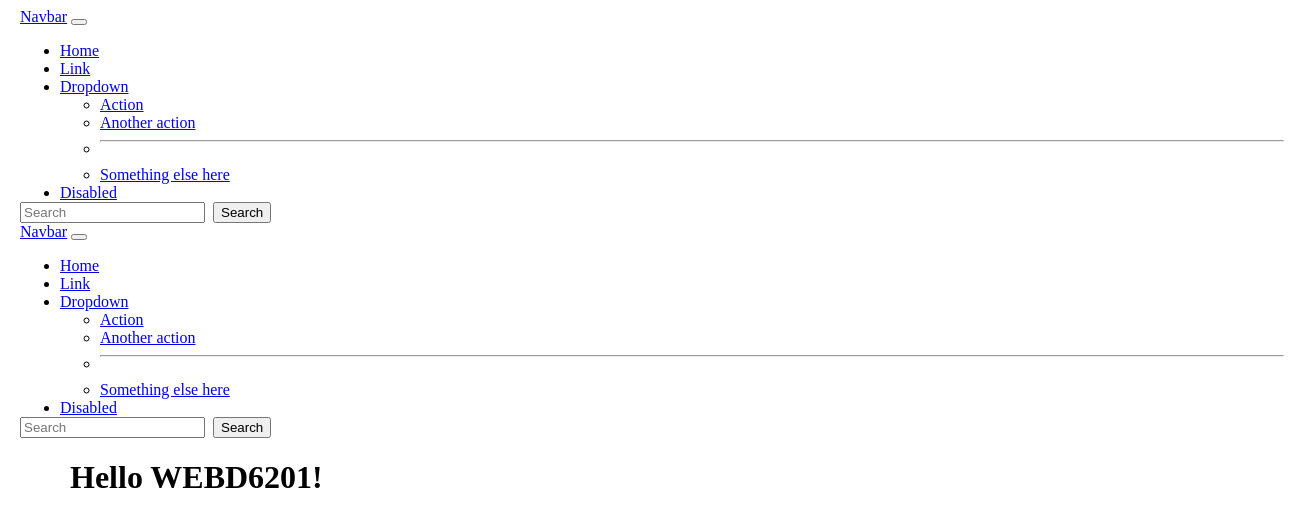
Repository: GarlicButterBoy/WEBD6201-Week1
Page: index.html
These files come from the project's save history. The page is drawn as it stood at one moment and after the next save; the edit follows.
The browser window is 1280 px wide. The page is 1296 px wide, so the pictures cover 1296 px, including what lies to the right of the window. The pictures show the whole page.

Above is the page before, as saved 2021-01-14 09:17:07.

After the next save:
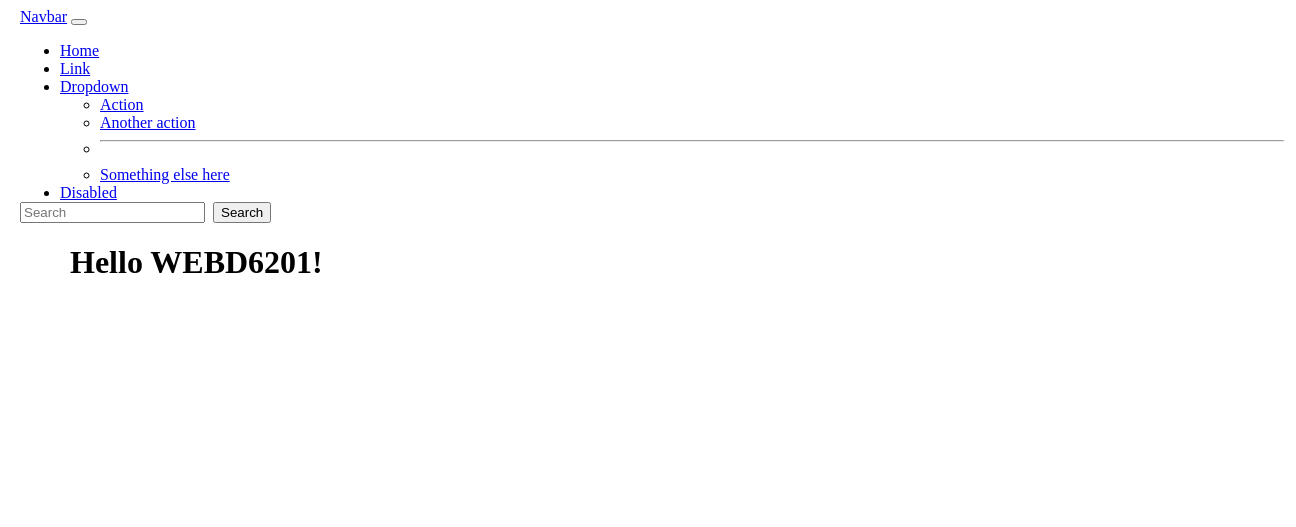
Saved 34 s later.
--- a/index.html
+++ b/index.html
@@ -47,42 +47,7 @@
             </form>
           </div>
         </div>
-      </nav><nav class="navbar navbar-expand-lg navbar-light bg-light">
-  <div class="container-fluid">
-    <a class="navbar-brand" href="#">Navbar</a>
-    <button class="navbar-toggler" type="button" data-bs-toggle="collapse" data-bs-target="#navbarSupportedContent" aria-controls="navbarSupportedContent" aria-expanded="false" aria-label="Toggle navigation">
-      <span class="navbar-toggler-icon"></span>
-    </button>
-    <div class="collapse navbar-collapse" id="navbarSupportedContent">
-      <ul class="navbar-nav me-auto mb-2 mb-lg-0">
-        <li class="nav-item">
-          <a class="nav-link active" aria-current="page" href="#">Home</a>
-        </li>
-        <li class="nav-item">
-          <a class="nav-link" href="#">Link</a>
-        </li>
-        <li class="nav-item dropdown">
-          <a class="nav-link dropdown-toggle" href="#" id="navbarDropdown" role="button" data-bs-toggle="dropdown" aria-expanded="false">
-            Dropdown
-          </a>
-          <ul class="dropdown-menu" aria-labelledby="navbarDropdown">
-            <li><a class="dropdown-item" href="#">Action</a></li>
-            <li><a class="dropdown-item" href="#">Another action</a></li>
-            <li><hr class="dropdown-divider"></li>
-            <li><a class="dropdown-item" href="#">Something else here</a></li>
-          </ul>
-        </li>
-        <li class="nav-item">
-          <a class="nav-link disabled" href="#" tabindex="-1" aria-disabled="true">Disabled</a>
-        </li>
-      </ul>
-      <form class="d-flex">
-        <input class="form-control me-2" type="search" placeholder="Search" aria-label="Search">
-        <button class="btn btn-outline-success" type="submit">Search</button>
-      </form>
-    </div>
-  </div>
-</nav>
+      </nav>
 
     <div class="container">
         <h1>Hello WEBD6201!</h1>
